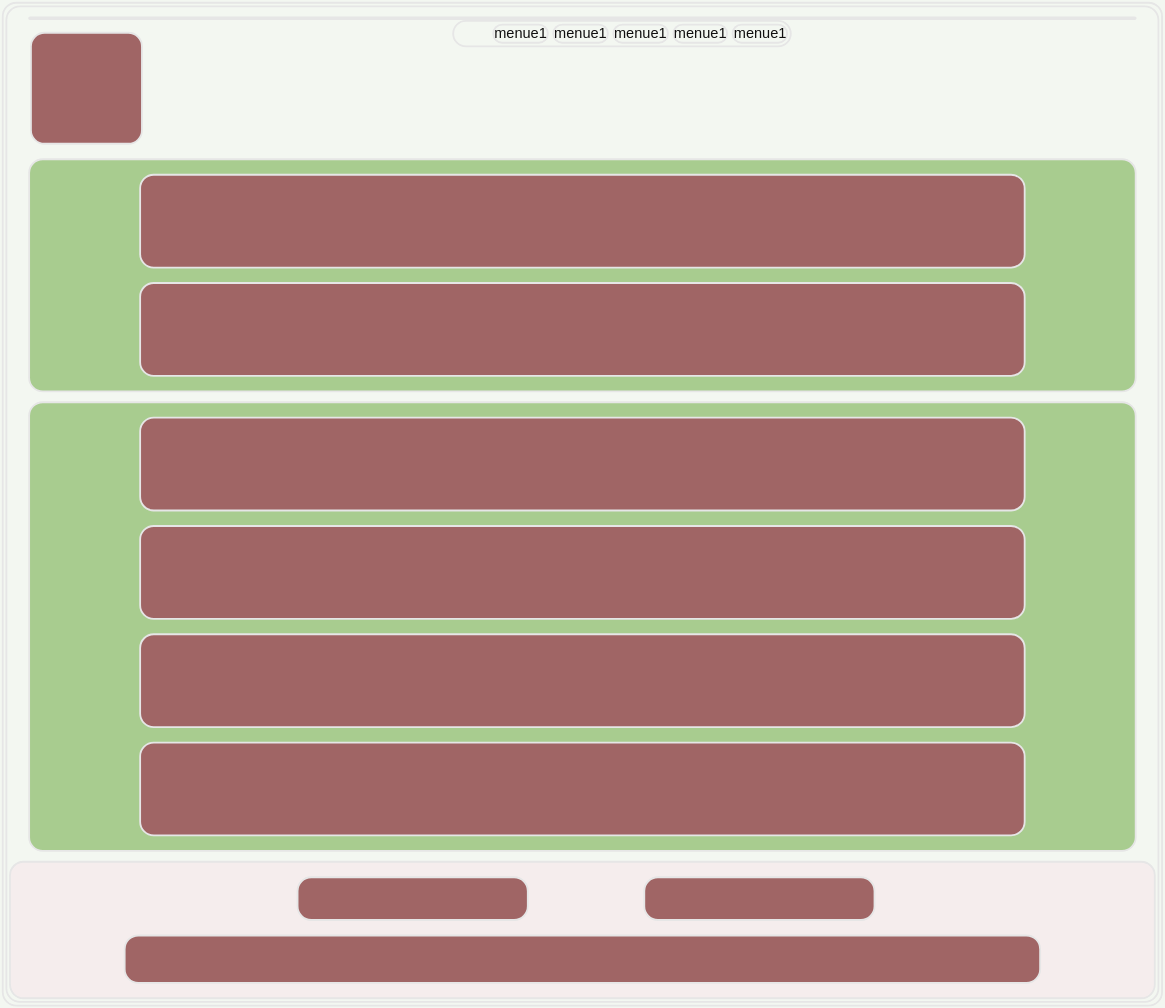
Repository: clairedupuich/cv-claireDUPUICH
Page: cv.html
An editor plug-in stored every save of this project. The page is shown before and after the next save, followed by the edit.
The browser window is 1280 px wide. The pictures show the whole page, at 91% of full size.

Above is the page before, as saved 2020-10-08 16:38:58.

After the next save:
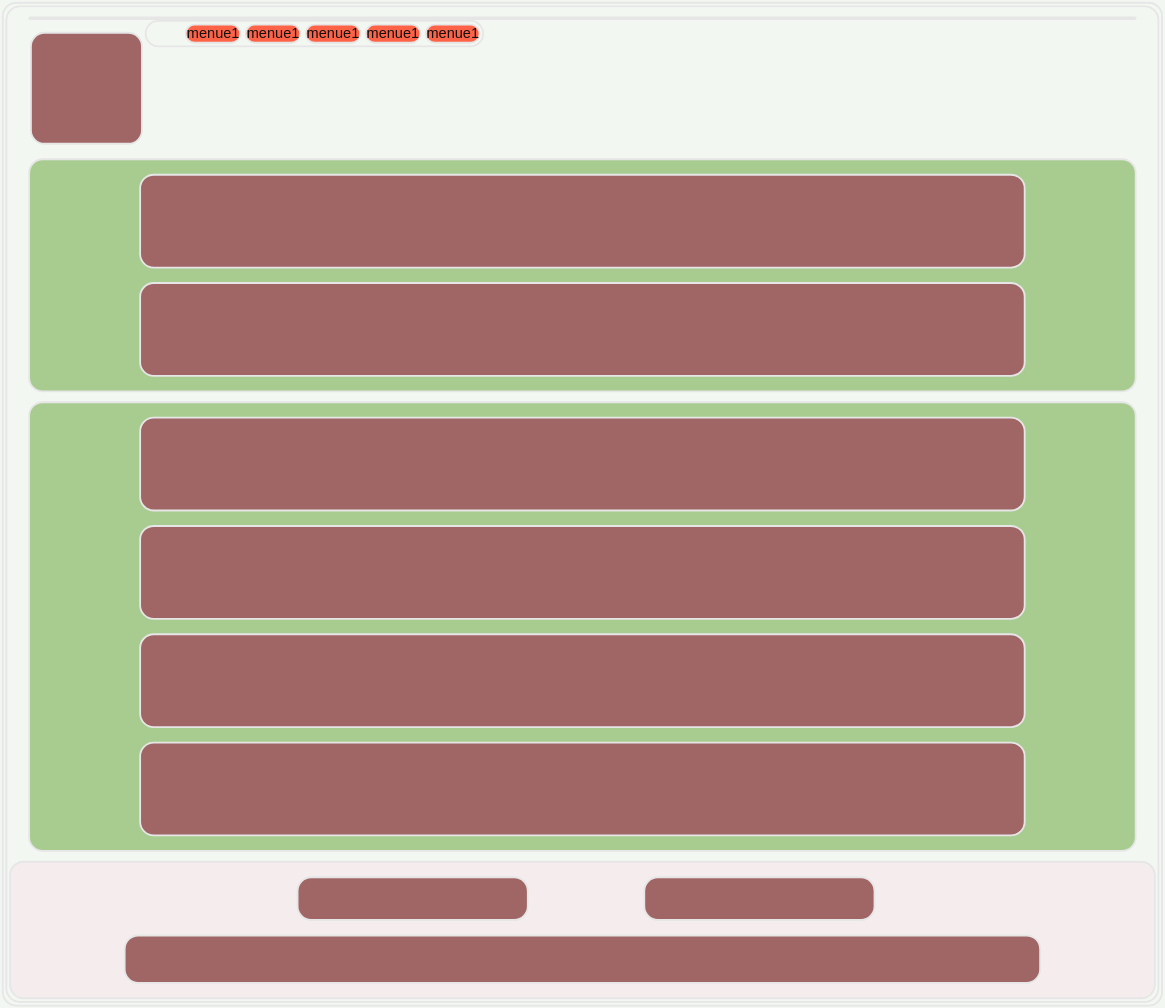
Saved 53 s later.
--- a/cv.css
+++ b/cv.css
@@ -136,7 +136,10 @@
         text-align: center;
         list-style: none;
         color: rgb(17, 16, 16);
-        margin-left: 28%;
+        margin-left:;
+    }
+    li{
+        background-color: tomato;
     }
     .img,
     ul,
